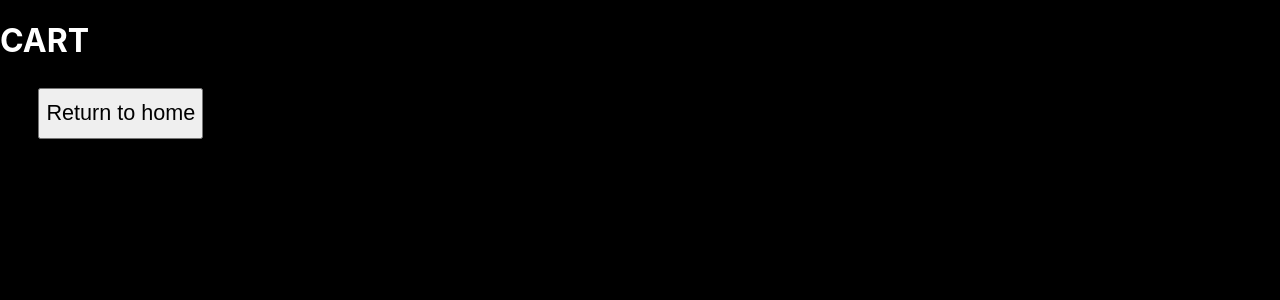
Repository: Kobramall/guitar-shelves-mock-store
Page: /, after clicking the first element matching `header.navbar > :nth-child(5)`
These files come from the project's save history. The page is drawn as it stood at one moment and after a run of saves; the edit follows.
The browser window is 1280 px wide. The pictures show the whole page.
The project was rebuilt for these pictures with package versions that can differ from the ones it lists, and the page was loaded fresh each time. Imported but missing from the stored project, and not drawn on this page: src/assets/GuitarSV.MP4.

Above is the page before, as saved 2022-11-02 21:26:56.

After the next 2 saves:
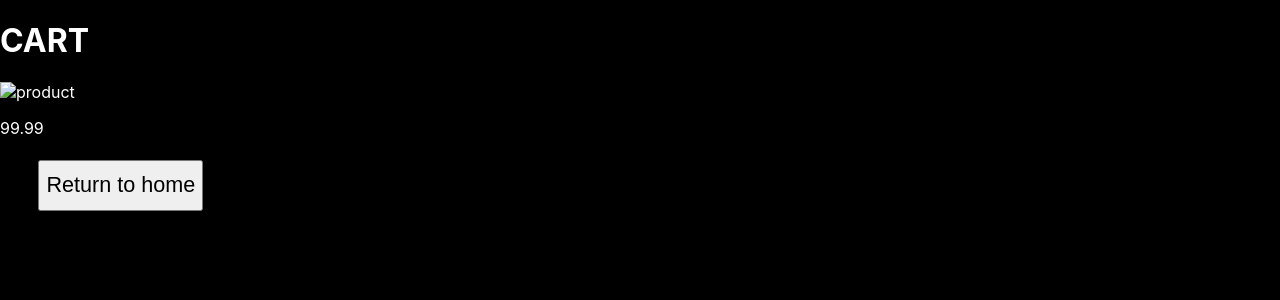
The 2 saves are shown as one change because 1 did not build or start.
The last was saved 7 min 6 s later.
--- a/src/componets/Cart.js
+++ b/src/componets/Cart.js
@@ -5,11 +5,14 @@
 
 const Cart = (props) =>{
 
-    const cart = props.cart
+
     return(
         <div className="cart">
         <h1>CART</h1>
-        <CartItems cart={cart}/>
+        {props.cart.map(item =>(
+            <CartItems key={item.id} item={item}/>
+        ))}
+
         <button onClick={props.toggleCartDisplay}>Return to home</button>
         </div>
     )
--- a/src/componets/CartItems.js
+++ b/src/componets/CartItems.js
@@ -5,12 +5,12 @@
 
 const CartItems = (props) =>{
 
-return props.cart.forEach(element => {
+return (
         <div className="ItemsInCart">
-          <img scr={element.img} alt="product"/>
-          <p>{element.price}</p>
+          <img scr={props.item.img} alt="product"/>
+          <p>{props.item.price}</p>
         </div>
-    })
+    )
 }
 
 export default CartItems
